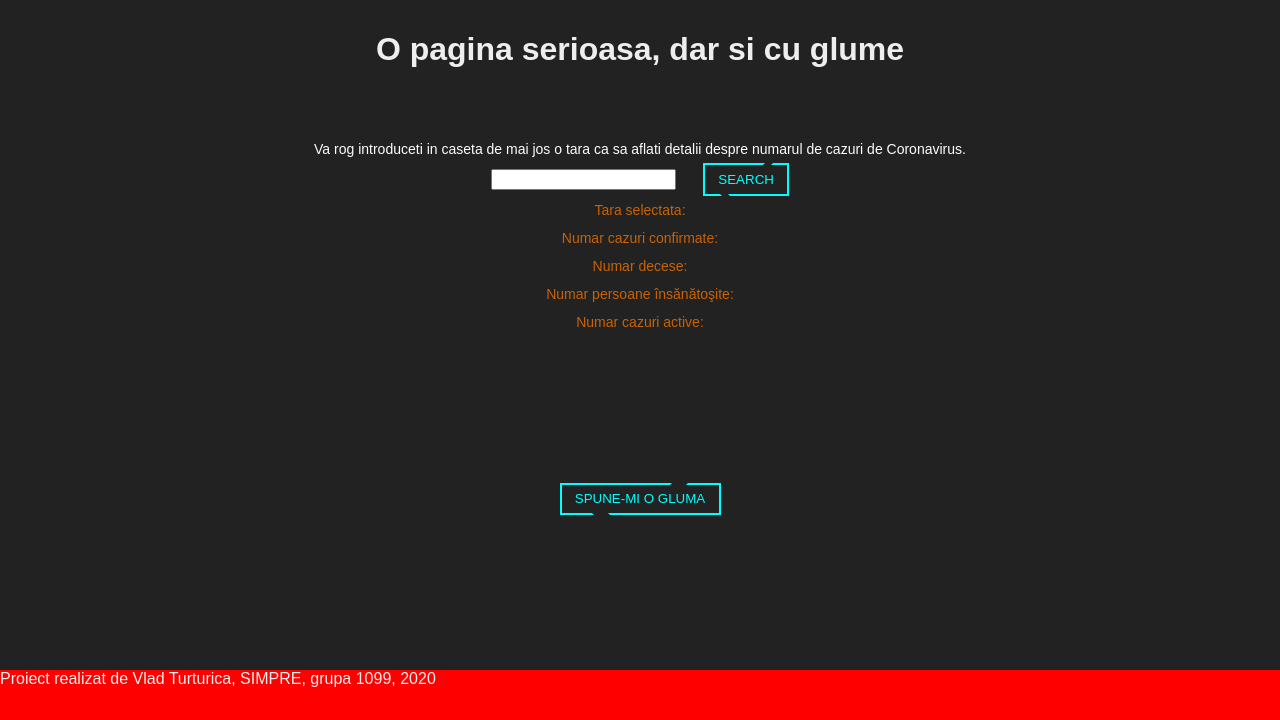
Repository: vladturturica97/proiect-cc2
Page: server/frontend/index.html
The author's editor kept a record of every edit. The page is drawn from the files as they stood at one moment, then again after the next edit.
The browser window is 1280 px wide. The pictures show the whole page.

Above is the page before.

### server/frontend/index.html
<html>
<head>
    <style type="text/css">
        body {
            display: flex;
          flex-direction: column;
          height: 93vh;
          justify-content: center;
          align-items: center;
          background: #222;
          color: #eee;
          font-family: "Dosis", sans-serif;

        }

        .spoiler, .spoiler2{
            color: black;
            background-color:black;
        }

        .spoiler:hover{
            color: white;
        }

        .spoiler2:hover {
            background-color:white;
        }
        .underlined-a {
              text-decoration: none;
              color: aqua;
              padding-bottom: 0.15em;
              box-sizing: border-box;
              box-shadow: inset 0 -0.2em 0 aqua;
              transition: 0.2s;
        }
        .underlined-a:hover {
            color: #222;
            box-shadow: inset 0 -2em 0 aqua;
            transition: all 0.45s cubic-bezier(0.86, 0, 0.07, 1);
        }

        .brk-btn {
  position: relative;
  background: none;
  color: aqua;
  text-transform: uppercase;
  text-decoration: none;
  border: 0.2em solid aqua;
  padding: 0.5em 1em;

    }


  .brk-btn:before {
    content: "";
    display: block;
    position: absolute;
    width: 10%;
    background: #222;
    height: 0.3em;
    right: 20%;
    top: -0.21em;
    transform: skewX(-45deg);
    -webkit-transition: all 0.45s cubic-bezier(0.86, 0, 0.07, 1);
    transition: all 0.45s cubic-bezier(0.86, 0, 0.07, 1);
  }
  .brk-btn:after {
    content: "";
    display: block;
    position: absolute;
    width: 10%;
    background: #222;
    height: 0.3em;
    left: 20%;
    bottom: -0.25em;
    transform: skewX(45deg);
    -webkit-transition: all 0.45 cubic-bezier(0.86, 0, 0.07, 1);
    transition: all 0.45s cubic-bezier(0.86, 0, 0.07, 1);
  }
  .brk-btn:hover::before {
      right: 80%;
    }
   .brk-btn:hover::after {
      left: 80%;
    }

    p {
	font-size: 14;
	font-weight: 400;
	line-height: 2;
	margin-bottom: 1.5em;
	color: #fcfcfc;
	text-align: center;
    }
    /*h1 {
	font-size: calc(2.8em + 2.6vw);
	font-weight: 700;
	letter-spacing: .01em;
	padding: 10rem 0 0 4.5rem;
	text-shadow: .022em .022em .022em #111;
	color: #fff;
    }*/
    header {
    position: absolute;
      left: 50%;
      top: 50px;
      transform: translate(-50%, -50%);
      width: 600px;
      text-align: center;
    }

    footer {
        position: fixed;
        height: 50px;
        background-color: red;
        bottom: 0px;
        left: 0px;
        right: 0px;
        margin-bottom: 0px;
    }
  </style>
</head>
<header><h1>O pagina serioasa, dar si cu glume</h1></header>
<body>


<script>
    function isEmpty(obj) {
        for(var key in obj) {
            if(obj.hasOwnProperty(key))
                return false;
            }
                return true;
    }

    function readCovidJson(){
            if(this.readyState == 4 && this.status == 200){
                var jsonn = JSON.parse(this.responseText);
                if(isEmpty(jsonn)){
                    window.alert("Tara invalida");
                }
                else {
                    var lastElement = jsonn[jsonn.length-1];
                    var country = lastElement.Country;
                    document.getElementById('country').innerHTML = country;

                    var confirmed = lastElement.Confirmed;
                    document.getElementById('confirmed').innerHTML = confirmed;

                    var deaths = lastElement.Deaths;
                    document.getElementById('deaths').innerHTML = deaths;

                    var recovered = lastElement.Recovered;
                    document.getElementById('recovered').innerHTML = recovered;

                    var active = lastElement.Active;
                    document.getElementById('active').innerHTML = active;
                }
            }
    }

    function importCountry(){
        var countryInput = document.getElementById("countryInput").value;

        var xhr = new XMLHttpRequest();
        xhr.overrideMimeType("application/json");
        xhr.onreadystatechange = readCovidJson;
        xhr.open("POST", "/country", true);
        xhr.setRequestHeader('Content-Type', 'application/json;charset=UTF-8');
        xhr.send(JSON.stringify({country: countryInput}));
        console.log(xhr);

    }

    function readJoke(){
            if(this.readyState == 4 && this.status == 200){
                var jsonn = JSON.parse(this.responseText);
                var jokeSetup = jsonn[0].setup;
                document.getElementById('jokeSetup').innerHTML = jokeSetup;

                var jokePunchline = jsonn[0].punchline;
                document.getElementById('jokePunchline').innerHTML = jokePunchline;
                }
    }

    function importJoke(){
        var xhr = new XMLHttpRequest();
        xhr.overrideMimeType("application/json");
        xhr.onreadystatechange = readJoke;
        xhr.open("POST", "/joke", true);
        xhr.setRequestHeader('Content-Type', 'application/json;charset=UTF-8');
        xhr.send(null);
    }
</script>

<p>
Va rog introduceti in caseta de mai jos o tara ca sa aflati detalii despre numarul de cazuri de Coronavirus.<br>
<input type="text" id="countryInput" name="search">&nbsp;&nbsp;&nbsp;&nbsp;&nbsp;&nbsp;
<button onclick="importCountry()" class="brk-btn">Search</button><br>

        <label style="color:#c96208" > Tara selectata: </label>
        <label id="country" class="underlined-a">  </label><br>
        <label style="color:#c96208" > Numar cazuri confirmate: </label>
        <label id="confirmed" class="underlined-a">  </label><br>
        <label style="color:#c96208" > Numar decese: </label>
        <label id="deaths" class="underlined-a">  </label><br>
        <label style="color:#c96208"> Numar persoane însănătoşite: </label>
        <label id="recovered" class="underlined-a">  </label><br>
        <label style="color:#c96208"> Numar cazuri active: </label>
        <label id="active" class="underlined-a" >  </label><br><br><br><br><br>
    </p>

    <p>
        <button onclick="importJoke()" class="brk-btn">Spune-mi o gluma</button><br>
        <label id="jokeSetup"> </label><br>
        <span class="spoiler2"> <label id="jokePunchline">              </label> </span>
    </p>

</body>
    <footer>Proiect realizat de Vlad Turturica, SIMPRE, grupa 1099, 2020</footer>
</html>

After the next edit:
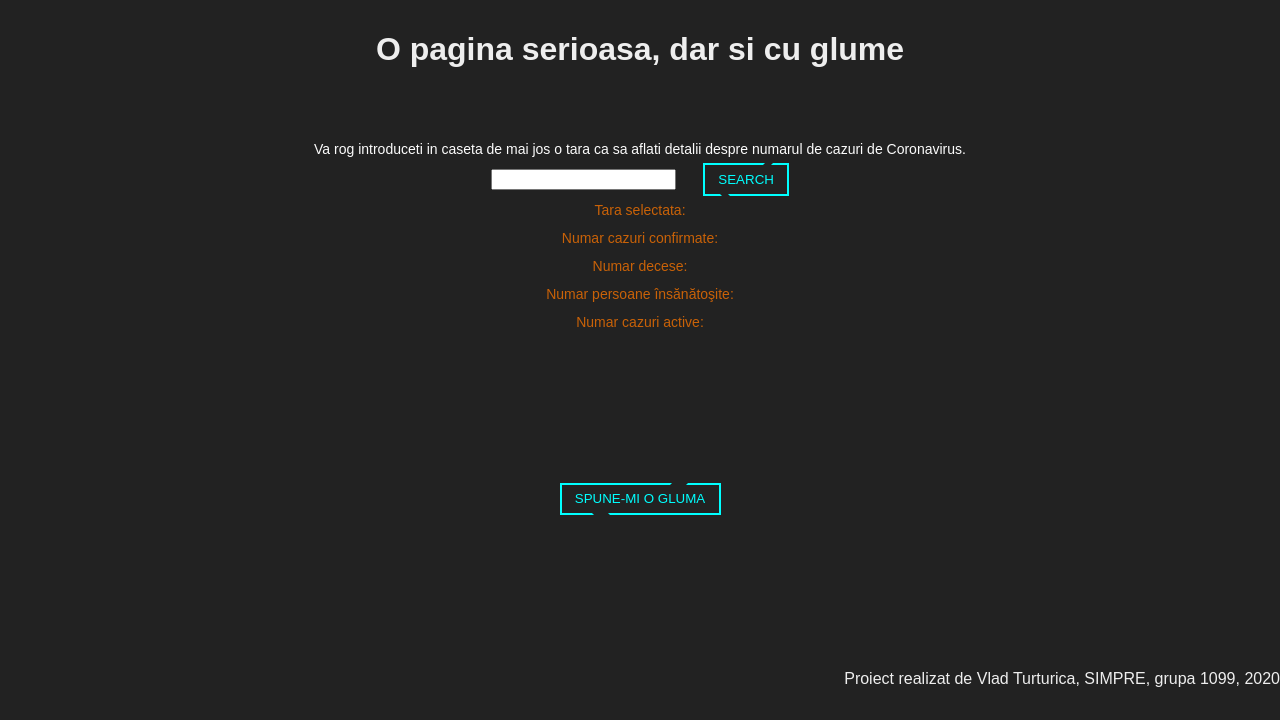
The edit:
--- a/server/frontend/index.html
+++ b/server/frontend/index.html
@@ -111,8 +111,8 @@
 
     footer {
         position: fixed;
+        text-align: right;
         height: 50px;
-        background-color: red;
         bottom: 0px;
         left: 0px;
         right: 0px;
